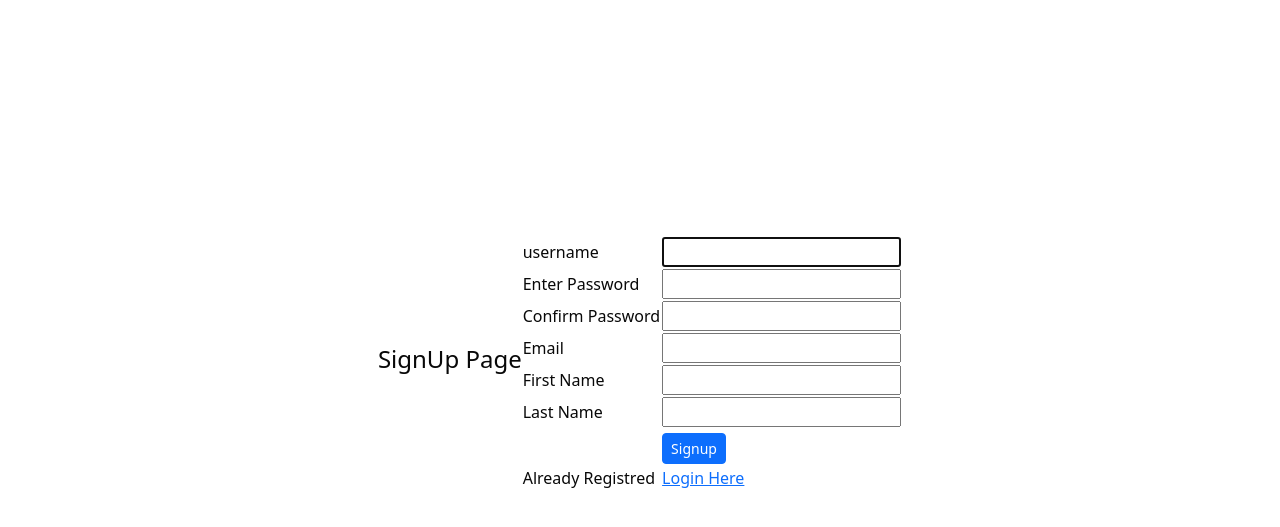
Repository: AbakashRonny/Institute-Management
Page: http://localhost/CodeDaisApp/signup/
These files come from the project's save history. The page is drawn as it stood at one moment and after the next save; the edit follows.
The browser window is 1280 px wide. The pictures show the whole page.
The page is served by the project's application, run on Django 5.2 (manage.py). Other server files are loaded and not shown.

Above is the page before, as saved 2024-06-17 02:59:21.

### templates/CodeDaisApp/signup.html
<!doctype html>
<html lang="en">
  <head>
    <meta charset="utf-8">
    <meta name="viewport" content="width=device-width, initial-scale=1">
    <title>Bootstrap demo</title>
    <link href="https://cdn.jsdelivr.net/npm/bootstrap@5.3.3/dist/css/bootstrap.min.css" rel="stylesheet" integrity="sha384-QWTKZyjpPEjISv5WaRU9OFeRpok6YctnYmDr5pNlyT2bRjXh0JMhjY6hW+ALEwIH" crossorigin="anonymous">
    <style>
      body {
      background-size: cover;
      background-repeat: no-repeat;
      color: rgb(8, 8, 8);
    }
    .container{
      display: flex;
      justify-content: center;
      align-items: center;
      padding-top: 220px;
    }
    </style>
  </head>
  <body>
    <div class="container mt-3">
        <h4 class="text-center">SignUp Page</h4>
        <table>
        <form action="" method="post">
            {% csrf_token %}
            <tr>
              <td>username</td>
              <td>{{form.username}}</td>
            </tr>
            <tr>
              <td>Enter Password</td>
              <td>{{form.password1}}</td>
            </tr>
            <tr>
              <td>Confirm Password</td>
              <td>{{form.password2}}</td>
            </tr>
            <tr>
              <td>Email</td>
              <td>{{form.email}}</td>
            </tr>
            <tr>
              <td>First Name</td>
              <td>{{form.first_name}}</td>
            </tr>
            <tr>
              <td>Last Name</td>
              <td>{{form.last_name}}</td>
            </tr>
            <tr>
                <td></td>
                <td><button type="submit" class="btn btn-primary btn-sm mt-1">Signup</button></td>
            </tr>
            <tr>
              <td>Already Registred</td>
              <td><a href="{% url 'login' %}">Login Here</a></td>
            </tr>
        </table>
        </form>
    </div>
    <script src="https://cdn.jsdelivr.net/npm/bootstrap@5.3.3/dist/js/bootstrap.bundle.min.js" integrity="sha384-YvpcrYf0tY3lHB60NNkmXc5s9fDVZLESaAA55NDzOxhy9GkcIdslK1eN7N6jIeHz" crossorigin="anonymous"></script>
  </body>
</html>

### CodeDaisApp/forms.py
from django.contrib.auth.forms import UserCreationForm,UserChangeForm
from django.contrib.auth.models import User
from django import forms

class RegisterForm(forms.Form):
    Name=forms.CharField()
    Email=forms.EmailField()
    Mobile=forms.IntegerField()
    College=forms.CharField()
    Password=forms.CharField()

class LoginForm(forms.Form):
    Email=forms.EmailField()
    Password=forms.CharField()


class SignUp(UserCreationForm):
    class Meta:
        model=User
        fields=('username','password1','password2','email','first_name','last_name')

### CodeDaisApp/views.py
from django.shortcuts import render,redirect,HttpResponse
from . forms import RegisterForm,LoginForm
from datetime import datetime
from django.shortcuts import render,HttpResponse,HttpResponseRedirect
from django.contrib.auth.forms import UserCreationForm,AuthenticationForm,UserChangeForm,PasswordChangeForm
from . forms import SignUp
from django.contrib.auth import authenticate,login,logout,update_session_auth_hash
# Create your views here.

def base(request):
    return render(request,'CodeDaisApp/base.html')

def signup_view(request):
    if request.method=="POST":
        f=SignUp(request.POST)
        if f.is_valid():
            f.save()
            d={'register_status':True}
            return render(request,'CodeDaisApp/success.html',d)

    else:
        f=SignUp()
        d={'form':f}
        return render(request,'CodeDaisApp/signup.html',d)
    return render(request,'CodeDaisApp/signup.html',{'form':f})

def login_view(request):
    if request.method=='POST':
        f=AuthenticationForm(request=request,data=request.POST)
        if f.is_valid():
            username=f.cleaned_data['username']
            password=f.cleaned_data['password']
            user=authenticate(username=username,password=password)
            if user !=None:
                login(request,user)
                return HttpResponseRedirect('/CodeDaisApp/home/')

    elif request.user.is_authenticated:
        return HttpResponseRedirect('/CodeDaisApp/home/')


    else:
        f=AuthenticationForm()
    return render(request,'CodeDaisApp/login.html',{'form':f})


def home(request):
        if request.user.is_authenticated:
            name=request.user
            d={'name':name}
            return render(request,'CodeDaisApp/home.html',d)

        else:
            return HttpResponseRedirect('/CodeDaisApp/login/')

def course(request):
    return render(request,'CodeDaisApp/course.html')

def blog(request):
    date=datetime.now()
    d={'date':date}
    return render(request,'CodeDaisApp/blog.html',d)

def about(request):
    return render(request,'CodeDaisApp/about.html')

### CodeDaisProject/urls.py
"""
URL configuration for CodeDaisProject project.

The `urlpatterns` list routes URLs to views. For more information please see:
    https://docs.djangoproject.com/en/5.0/topics/http/urls/
Examples:
Function views
    1. Add an import:  from my_app import views
    2. Add a URL to urlpatterns:  path('', views.home, name='home')
Class-based views
    1. Add an import:  from other_app.views import Home
    2. Add a URL to urlpatterns:  path('', Home.as_view(), name='home')
Including another URLconf
    1. Import the include() function: from django.urls import include, path
    2. Add a URL to urlpatterns:  path('blog/', include('blog.urls'))
"""
from django.contrib import admin
from django.urls import path,include

urlpatterns = [
    path('admin/', admin.site.urls),
    path('CodeDaisApp/',include('CodeDaisApp.urls'))
]

### CodeDaisApp/urls.py
from django.urls import path
from . import views

urlpatterns=[
    path('base/',views.base),
    path('home/',views.home,name='home'),
    path('course/',views.course,name='course'),
    path('signup/',views.signup_view,name='signup'),
    path('login/',views.login_view,name='login'),
    path('blog/',views.blog,name='blog'),
    path('about/',views.about,name='about')
]

After the next save:
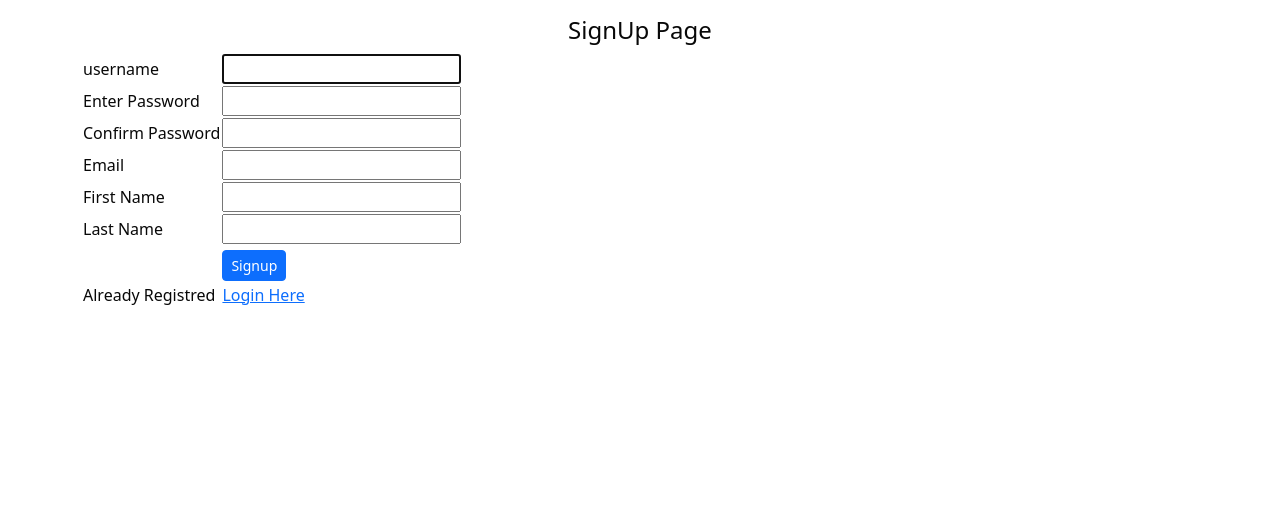
Saved 88 s later.
--- a/templates/CodeDaisApp/signup.html
+++ b/templates/CodeDaisApp/signup.html
@@ -10,12 +10,6 @@
       background-size: cover;
       background-repeat: no-repeat;
       color: rgb(8, 8, 8);
-    }
-    .container{
-      display: flex;
-      justify-content: center;
-      align-items: center;
-      padding-top: 220px;
     }
     </style>
   </head>
